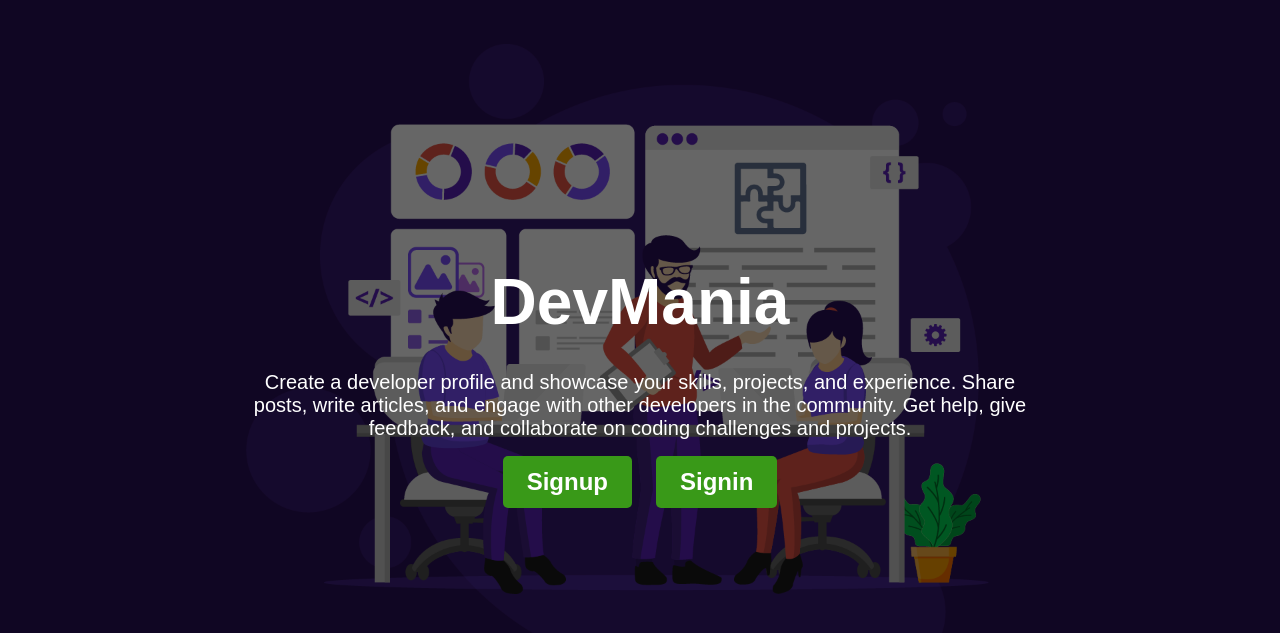
Repository: sayyad-mukthumsa-123/DevMania
Page: / (app in frontend/)
An editor plug-in stored every save of this project. The page is shown before and after the next save, followed by the edit.
The browser window is 1280 px wide. The pictures show the whole page.
The project was rebuilt for these pictures with package versions that can differ from the ones it lists, and the page was loaded fresh each time. Also part of the build but not shown: frontend/src/pages/login.js, frontend/src/pages/register.js, frontend/src/pages/Allprofiles.js, frontend/src/pages/MyProfile.js, frontend/src/pages/Indprofile.js.

Above is the page before, as saved 2025-03-01 10:31:17.

### frontend/public/index.html
<!-- public/index.html -->
<!DOCTYPE html>
<html lang="en">
<head>
  <meta charset="UTF-8">
  <meta name="viewport" content="width=device-width, initial-scale=1.0">
  <title>Developers Hub</title>
  <link rel="stylesheet" href="https://cdnjs.cloudflare.com/ajax/libs/font-awesome/5.15.3/css/all.min.css">
</head>
<body>
  <div id="root"></div>
</body>
</html>

### frontend/src/App.js
import React from 'react'
import {BrowserRouter,Route,Routes} from 'react-router-dom'
import Home from './pages/Home'
import Login from './pages/login'
import Register from './pages/register'
import Allprofiles from './pages/Allprofiles'
import MyProfile from './pages/MyProfile'
import Indprofile from './pages/Indprofile'

const App = () => {
  return (
    <div>

      <BrowserRouter>
      <Routes>
        <Route path='/' exact Component={Home}/>
        <Route path='/login' exact Component={Login}/>
        <Route path='/register' exact Component={Register}/>
        <Route path='/allprofiles' exact Component={Allprofiles}/>
        <Route path='/myprofile' exact Component={MyProfile}/>
        <Route path='/indprofile/:fullname/:email/:skill/:id' exact Component={Indprofile}/>
      </Routes>
      </BrowserRouter>
    </div>
  )
}

export default App

### frontend/src/pages/Home.js
import React from 'react';
import { Link } from 'react-router-dom';
import '../styles/styles.css';  // Adjust the path based on your file structure


const Home = () => {
  return (
    <>
      <section className='landing' >
        <div className='dark-overlay'>
          <div className='landing-inner'>

            <h1 className='x-large'>DevMania</h1>
            <p className='lead'>
            Create a developer profile and showcase your skills, projects, and experience.
Share posts, write articles, and engage with other developers in the community.
Get help, give feedback, and collaborate on coding challenges and projects.
            </p>
            <div className='buttons'>
              <Link to="/register" className="btn btn-auth">Signup</Link>
              <Link to="/login" className="btn btn-auth">Signin</Link>
            </div>
          </div>
        </div>
      </section>
    </>
  );
}
export default Home;

### frontend/src/styles/styles.css
/* General reset */
body, html {
  margin: 0;
  padding: 0;
  font-family: Arial, sans-serif;
  width: 100%;
  min-height: 100vh;

}

/* Navbar styles */
.navbar {
  display: flex;
  justify-content: space-between;
  align-items: center;
  padding: 4px;
  font-size: x-large;
  background-color: #22580f
}

.navbar h1 a {
  color: #ffffff;
  text-decoration: none;
}

.navbar ul {
  list-style: none;
  display: flex;
  margin: 0;
  padding: 10px;
  font-size: larger;
}
.navbar ul li
{
  padding: 10px;
  transition: all 0.3s ease;
}
.navbar ul li:hover
{
  transform: scale(1.2);
}
.navbar ul li {
  margin-left: 1rem;
}

.navbar ul li a {
  color: #ffffff;
  text-decoration: none;
}

/* Landing page styles */
/* .landing {
  height: 100%;
  display: flex;
  align-items: center;
  justify-content: center;
  color: black;
  position: relative;
}

.dark-overlay {
  position: absolute;
  top: 0;
  left: 0;
  right: 0;
  bottom: 0;
}

.landing-inner {
  text-align: center;
  z-index: 2;
  position: relative;
}

.x-large {
  font-size: 4rem;
}

.lead {
  font-size: 1.5rem;
  margin-bottom: 2rem;
  color: black;
}

.buttons .btn ,.btn{
  margin: 3rem 2rem;
  padding: 0.75rem 1.25rem;
  border: none;
  border-radius: 5px;
  cursor: pointer;
  text-decoration: none;
  font-size: x-large;
  background-color:#399918 ;
  color: #ffffff;
}


.btn-auth {
  transition: all 0.3s ease;
}
.btn-auth:hover
{
  transform: scale(1.1);
} */

.landing {
  height: 100vh;
  display: flex;
  align-items: center;
  justify-content: center;
  color: white;
  position: relative;
  background: url('../images/home.png') no-repeat center center/cover;
  text-align: center;
  flex-direction: column;
}

.dark-overlay {
  position: absolute;
  top: 0;
  left: 0;
  right: 0;
  bottom: 0;
  background: rgba(0, 0, 0, 0.6); /* Adds a dark overlay for better text visibility */
  display: flex;
  flex-direction: column;
  justify-content: center;
  align-items: center;
}

.landing-inner {
  text-align: center;
  z-index: 2;
  position: relative;
  padding: 2rem;
  max-width: 800px;
}

.x-large {
  font-size: 4rem;
  font-weight: bold;
  margin-bottom: 2rem !important;
}

.lead {
  font-size: 1.5rem;
  margin-bottom: 2rem;
}

.buttons {
  display: flex;
  justify-content: center;
  gap: 1.5rem;
}

.btn, .btn-auth {
  width: auto;
  padding: 0.75rem 1.5rem;
  border: none;
  border-radius: 8px;
  cursor: pointer;
  text-decoration: none;
  font-size: 1.25rem;
  font-weight: bold;
  background-color: #399918;
  color: #ffffff;
  transition: all 0.3s ease;
}

.btn:hover,.btn-auth:hover {
  background-color:#256210;
  transition: all;
}

/* Ensure Navbar stays at the top */
.navbar {
  position: absolute;
  top: 0;
  left: 0;
  width: 100%;
  z-index: 3;
}


/* Container styles */
.container {
  width: 600px;
  margin: 2rem auto;
  padding: 30px;
  border: 2px solid #399918;
  color: black;
  border-radius: 8px;
  position: relative;
  z-index: 1; /* Ensures the container is above any background effects */
}

/* Form styles */
.form {


  display: flex;
  flex-direction: column;
}

.form-group {
  margin-bottom: 1.5rem;
}

.form-text
{
  margin:5px !important;
}
/* .form-group input {
  width: 10%;
  padding: 0.75rem;
  font-size: 1rem;
  border: 1px solid black;
  border-radius: 5px;
  transition: border-color 0.3s ease-in-out, box-shadow 0.3s ease-in-out;
} */

.form-group input:focus {
  border-color: #f6f7f9;
  box-shadow: 0 0 8px rgba(0, 123, 255, 0.3);
  outline: none;
}

.btn {
  display: inline-block;
  padding: 0.75rem 1.5rem;
  border: none;
  border-radius: 5px;
  cursor: pointer;
  text-decoration: none;
  font-size: 1.5rem;
  text-align: center;
}

/* .btn-primary {
  background-color: #007bff;
  color: #ffffff;
}

.btn-primary:hover {
  background-color: #0056b3;
  opacity: 0.9;
} */

/* .text-primary {
  color: #f6f8fb;
} */

.large {
  margin: 0 !important;
  font-size: 2rem;
  margin-bottom: 1rem;
}

.lead {
  font-size: 1.25rem;
  margin-bottom: 1rem;
}

.error {
  color: red;
  margin-top: 1rem;
}

p {
  margin-top: 1rem;
}
.link-auth{
  color:#399918;
  text-decoration: none;
  cursor: pointer;
  padding-left:10px ;
  transition: all 0.3s ease;
  display: inline-block;
  font-size: large;
}
.link-auth:hover
{
  transform: scale(1.3);
}
/* Profiles styles */
.profiles {
  display: flex;
  flex-direction: column;
  gap: 1rem;
}

.profile {
  background-color: #f4f4f4;
  padding: 1rem;
  display: flex;
  align-items: center;
  border: 1px solid #ccc;
  box-shadow: 0 4px 8px rgba(0, 0, 0, 0.1);
  border-radius: 5px;
  margin-bottom: 1rem;
}

.profile .round-img {
  width: 100px;
  border-radius: 50%;
  margin-right: 1rem;
}

.profile-info {
  flex: 1;
}

.profile-info h2 {
  margin: 0 0 0.5rem 0;
}

.profile-info p {
  margin: 0.5rem 0;
}

.profile-info .btn {
  display: inline-block;
  background-color:#399918;
  color: #fff;
  padding: 0.5rem 1rem;
  text-decoration: none;
  border-radius: 0.25rem;
  margin-top: 0.5rem;
  transition: all 0.3s ease;
}

.profile-info .btn:hover {
  transform: scale(1.1);
  background-color:#399918;
}

.profile-skills {
  list-style: none;
  padding: 0;
  display: flex;
  flex-direction: column;
  gap: 0.5rem;
  margin-left: 1rem;
  color: black;
}

.profile-skills li {
  display: flex;
  align-items: center;
  color:greenyellow;
}

.profile-skills li i {
  margin-right: 0.5rem;
}

/* GitHub Section */
.profile-github {
  margin-top: 1rem;
}

.profile-github h2 {
  margin-bottom: 1rem;
}

.repo {
  background: #fff;
  padding: 1rem;
  margin-bottom: 1rem;
  border: 1px solid #ccc;
}

.repo h4 {
  margin: 0.5rem 0;
}

.repo p {
  margin: 0.5rem 0;
}

/* Form */
.form {
  margin-top: 1rem;
}

.form-group {
  margin-bottom: 10px;
}

.form-group input {
  width:97%;
  padding: 0.5rem;
  border: 1px solid #ccc;
  border-radius: 0.25rem;
  font-size: 1rem;
}

.form-group input:focus {
  border-color: #007bff;
  outline: none;
}

/* .btn-primary {
  background: #007bff;
  color: #fff;
  border: none;
  padding: 0.5rem 1rem;
  cursor: pointer;
}

.btn-primary:hover {
  background: #0056b3;
} */

/* Profile Grid */
.profile-grid {
  display: grid;
  grid-template-columns: 1fr;
  grid-gap: 1rem;
  margin-top: 1rem;
}

.profile-top {
  background: #0a0a0a;
  color: #fff;
  padding: 1rem;
  text-align: center;
}

.profile-top img {
  width: 150px;
  border-radius: 50%;
}

.profile-top h1 {
  margin: 0.5rem 0;
}

.profile-top p {
  margin: 0.5rem 0;
}
a{
  color:aqua
}
 .white-text {
  color: black;
}
 .skill-text {
  /* background-color: #5e585c16;  */
  color: #c51414;
  padding: 10px 15px;
  border-radius: 5px;
  display: flex;
  align-items: center;
  font-size: 16px;
  margin-top: 2px;
  /* box-shadow: 0 2px 4px rgba(0, 0, 0, 0.1);  */
}


.skill-text i {
  color: #28a745;
  margin-right: 30px;
}
.taskprovider
{
  color:#28a745;
  text-decoration: none;
  font-size: xx-large;
}

Loaded but not shown: frontend/src/index.js (common file); frontend/src/index.css (common file); frontend/src/reportWebVitals.js (common file)

After the next save:
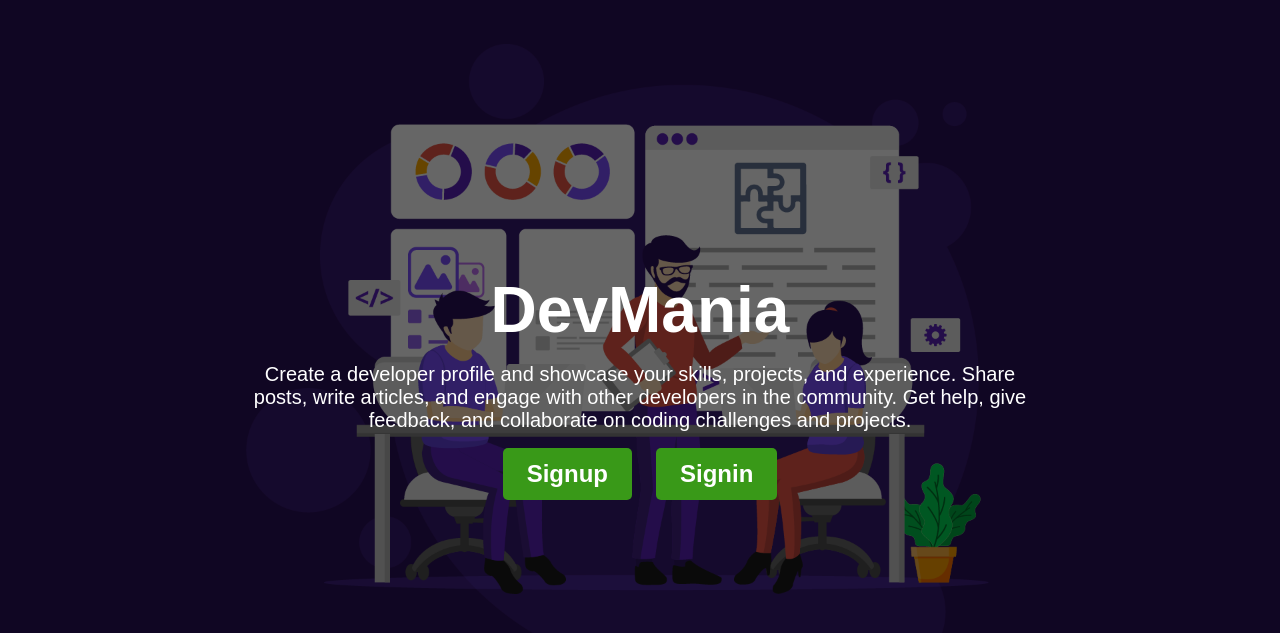
Saved 6 s later.
--- a/frontend/src/styles/styles.css
+++ b/frontend/src/styles/styles.css
@@ -139,7 +139,7 @@ body, html {
 .x-large {
   font-size: 4rem;
   font-weight: bold;
-  margin-bottom: 2rem !important;
+  margin-bottom: 1rem !important;
 }
 
 .lead {
